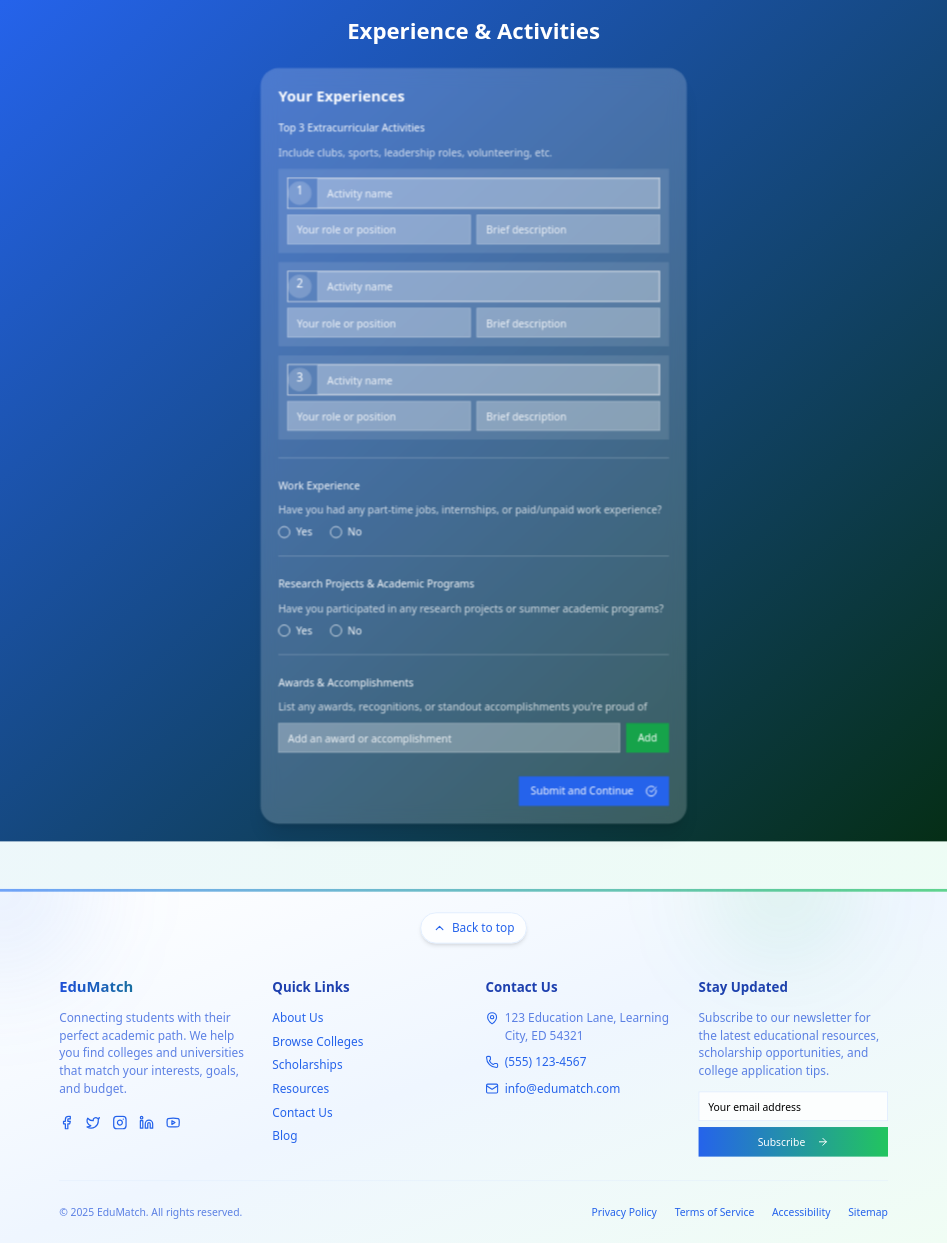
Repository: Kish202/EdTech
Page: /experience-activities
These files come from the project's save history. The page is drawn as it stood at one moment and after the next save; the edit follows.
The browser window is 1280 px wide. The pictures show the whole page, at 74% of full size.
The project was rebuilt for these pictures with package versions that can differ from the ones it lists, and the page was loaded fresh each time. Also part of the build but not shown: vite.config.js, src/components/sections/Navbar.jsx, src/components/registerforms/RegisterForm.jsx, src/components/sections/Hero.jsx, src/components/sections/Steps.jsx, src/components/ui/avatar.jsx, src/components/sections/Testmonials.jsx, src/components/ui/select.jsx and 12 more.

Above is the page before, as saved 2025-04-18 19:02:29.

### src/index.css

@import "slick-carousel/slick/slick.css";
@import "slick-carousel/slick/slick-theme.css";

@tailwind base;
@tailwind components;
@tailwind utilities;

### src/components/registerforms/Form4.jsx
import React, { useState, useEffect } from 'react';
import { Card, CardContent, CardFooter } from '@/components/ui/card';
import { Input } from '@/components/ui/input';
import { Button } from '@/components/ui/button';
import { Label } from '@/components/ui/label';
import { Textarea } from '@/components/ui/textarea';
import { RadioGroup, RadioGroupItem } from '@/components/ui/radio-group';
import { CheckCircle, AlertCircle, Trash2 } from 'lucide-react';
import { Badge } from '@/components/ui/badge';
import { Separator } from '@/components/ui/separator';

export default function ExperienceActivitiesCard() {
  // State for form data
  const [formData, setFormData] = useState({
    activities: [
      { name: '', description: '', role: '' },
      { name: '', description: '', role: '' },
      { name: '', description: '', role: '' }
    ],
    workExperience: {
      hasExperience: '',
      description: ''
    },
    researchExperience: {
      hasExperience: '',
      description: ''
    },
    awards: []
  });

  // State for new award input
  const [newAward, setNewAward] = useState('');

  // State for errors
  const [errors, setErrors] = useState({});

  // Load data from local storage on component mount
  useEffect(() => {
    const savedData = localStorage.getItem('experienceActivitiesData');
    if (savedData) {
      try {
        const parsedData = JSON.parse(savedData);
        setFormData(parsedData);
      } catch (e) {
        console.error("Error parsing saved data:", e);
      }
    }
  }, []);

  // Handle extracurricular activity input changes
  const handleActivityChange = (index, field, value) => {
    const updatedActivities = [...formData.activities];
    updatedActivities[index] = {
      ...updatedActivities[index],
      [field]: value
    };

    setFormData({
      ...formData,
      activities: updatedActivities
    });

    // Clear error when user types
    if (errors.activities) {
      setErrors({ ...errors, activities: '' });
    }
  };

  // Handle work experience radio selection
  const handleWorkExperienceToggle = (value) => {
    setFormData({
      ...formData,
      workExperience: {
        ...formData.workExperience,
        hasExperience: value
      }
    });

    // Clear error when user selects
    if (errors.workExperience) {
      setErrors({ ...errors, workExperience: '' });
    }
  };

  // Handle work experience description
  const handleWorkDescriptionChange = (e) => {
    setFormData({
      ...formData,
      workExperience: {
        ...formData.workExperience,
        description: e.target.value
      }
    });
  };

  // Handle research experience radio selection
  const handleResearchExperienceToggle = (value) => {
    setFormData({
      ...formData,
      researchExperience: {
        ...formData.researchExperience,
        hasExperience: value
      }
    });

    // Clear error when user selects
    if (errors.researchExperience) {
      setErrors({ ...errors, researchExperience: '' });
    }
  };

  // Handle research experience description
  const handleResearchDescriptionChange = (e) => {
    setFormData({
      ...formData,
      researchExperience: {
        ...formData.researchExperience,
        description: e.target.value
      }
    });
  };

  // Handle new award input
  const handleNewAwardChange = (e) => {
    setNewAward(e.target.value);
  };

  // Add a new award
  const addAward = () => {
    if (newAward.trim() !== '') {
      const updatedAwards = [...formData.awards, newAward.trim()];
      setFormData({
        ...formData,
        awards: updatedAwards
      });
      setNewAward('');

      // Clear error when user adds an award
      if (errors.awards) {
        setErrors({ ...errors, awards: '' });
      }
    }
  };

  // Remove an award
  const removeAward = (index) => {
    const updatedAwards = formData.awards.filter((_, i) => i !== index);
    setFormData({
      ...formData,
      awards: updatedAwards
    });
  };

  // Handle Enter key press on new award input
  const handleKeyPress = (e) => {
    if (e.key === 'Enter') {
      e.preventDefault();
      addAward();
    }
  };

  // Validate form
  const validateForm = () => {
    let formErrors = {};
    let isValid = true;

    // Validate at least one activity
    if (!formData.activities[0].name.trim()) {
      formErrors.activities = 'Please enter at least one extracurricular activity';
      isValid = false;
    }

    // Validate work experience selection
    if (!formData.workExperience.hasExperience) {
      formErrors.workExperience = 'Please select yes or no';
      isValid = false;
    }

    // If yes to work experience, validate description
    if (formData.workExperience.hasExperience === 'yes' &&
        !formData.workExperience.description.trim()) {
      formErrors.workExperienceDescription = 'Please provide details about your work experience';
      isValid = false;
    }

    // Validate research experience selection
    if (!formData.researchExperience.hasExperience) {
      formErrors.researchExperience = 'Please select yes or no';
      isValid = false;
    }

    // If yes to research experience, validate description
    if (formData.researchExperience.hasExperience === 'yes' &&
        !formData.researchExperience.description.trim()) {
      formErrors.researchExperienceDescription = 'Please provide details about your research experience';
      isValid = false;
    }

    setErrors(formErrors);
    return isValid;
  };

  // Handle submit button click
  const handleSubmit = () => {
    if (validateForm()) {
      // Store in local storage
      localStorage.setItem('experienceActivitiesData', JSON.stringify(formData));

      // Simulate navigation to next page
      alert("Data saved! Ready to navigate to the next page.");
      // In a real application, you would use something like:
      // navigate('/next-page');
    }
  };

  // Error message component
  const ErrorMessage = ({ error }) => {
    if (!error) return null;

    return (
      <div className="text-red-400 text-sm mt-1 flex items-center">
        <AlertCircle className="h-3 w-3 mr-1" />
        {error}
      </div>
    );
  };

  return (
    <div className="min-h-screen flex flex-col items-center justify-center p-6 bg-gradient-to-br from-blue-600 to-green-950">
      <h1 className="text-3xl font-bold text-white mb-8 text-center">
        Experience & Activities
      </h1>

      <Card className="bg-white/20 backdrop-blur-md shadow-xl border-0 transition-all duration-300 transform max-w-xl w-full rounded-3xl">
        <CardContent className="pt-6">
          <h2 className="text-xl font-semibold mb-4 text-white">Your Experiences</h2>

          <div className="space-y-6">
            {/* Extracurricular Activities */}
            <div className="space-y-3">
              <Label className="text-white font-medium">Top 3 Extracurricular Activities</Label>
              <p className="text-white/80 text-sm">
                Include clubs, sports, leadership roles, volunteering, etc.
              </p>

              {formData.activities.map((activity, index) => (
                <div key={index} className="space-y-2 bg-white/10 p-3 rounded-lg">
                  <div className="flex items-center  border">
                    <div className="flex  mlitems-center justify-center bg-white/20 rounded-full w-8 h-8 mr-2 shrink-0">
                      <span className="text-white font-medium">{index + 1}</span>
                    </div>
                    <Input
                      value={activity.name}
                      onChange={(e) => handleActivityChange(index, 'name', e.target.value)}
                      className="bg-white/30 text-white placeholder:text-white/90 border-white/30"
                      placeholder={`Activity name`}
                    />
                  </div>

                  <div className="grid grid-cols-1 md:grid-cols-2 gap-2">
                    <Input
                      value={activity.role}
                      onChange={(e) => handleActivityChange(index, 'role', e.target.value)}
                      className="bg-white/30 text-white placeholder:text-white/90 border-white/30"
                      placeholder="Your role or position"
                    />
                    <Input
                      value={activity.description}
                      onChange={(e) => handleActivityChange(index, 'description', e.target.value)}
                      className="bg-white/30 text-white placeholder:text-white/90 border-white/30"
                      placeholder="Brief description"
                    />
                  </div>
                </div>
              ))}

              {errors.activities && <ErrorMessage error={errors.activities} />}
            </div>

            <Separator className="bg-white/30" />

            {/* Work Experience */}
            <div className="space-y-3">
              <Label className="text-white font-medium">Work Experience</Label>
              <p className="text-white/80 text-sm">
                Have you had any part-time jobs, internships, or paid/unpaid work experience?
              </p>

              <RadioGroup
                value={formData.workExperience.hasExperience}
                onValueChange={handleWorkExperienceToggle}
                className="flex space-x-4"
              >
                <div className="flex items-center space-x-2">
                  <RadioGroupItem value="yes" id="work-yes" className="border-white text-white" />
                  <Label htmlFor="work-yes" className="text-white">Yes</Label>
                </div>
                <div className="flex items-center space-x-2">
                  <RadioGroupItem value="no" id="work-no" className="border-white text-white" />
                  <Label htmlFor="work-no" className="text-white">No</Label>
                </div>
              </RadioGroup>
              <ErrorMessage error={errors.workExperience} />

              {formData.workExperience.hasExperience === 'yes' && (
                <div className="space-y-2">
                  <Label htmlFor="workDescription" className="text-white/80 text-sm">
                    Please describe your work experience
                  </Label>
                  <Textarea
                    id="workDescription"
                    value={formData.workExperience.description}
                    onChange={handleWorkDescriptionChange}
                    className={`bg-white/30 text-white placeholder:text-white/90 min-h-24 ${
                      errors.workExperienceDescription ? 'border-red-400' : 'border-white/30'
                    }`}
                    placeholder="Describe your roles, responsibilities, and what you learned"
                  />
                  <ErrorMessage error={errors.workExperienceDescription} />
                </div>
              )}
            </div>

            <Separator className="bg-white/30" />

            {/* Research Experience */}
            <div className="space-y-3">
              <Label className="text-white font-medium">Research Projects & Academic Programs</Label>
              <p className="text-white/80 text-sm">
                Have you participated in any research projects or summer academic programs?
              </p>

              <RadioGroup
                value={formData.researchExperience.hasExperience}
                onValueChange={handleResearchExperienceToggle}
                className="flex space-x-4"
              >
                <div className="flex items-center space-x-2">
                  <RadioGroupItem value="yes" id="research-yes" className="border-white text-white" />
                  <Label htmlFor="research-yes" className="text-white">Yes</Label>
                </div>
                <div className="flex items-center space-x-2">
                  <RadioGroupItem value="no" id="research-no" className="border-white text-white" />
                  <Label htmlFor="research-no" className="text-white">No</Label>
                </div>
              </RadioGroup>
              <ErrorMessage error={errors.researchExperience} />

              {formData.researchExperience.hasExperience === 'yes' && (
                <div className="space-y-2">
                  <Label htmlFor="researchDescription" className="text-white/80 text-sm">
                    Please describe your research experience
                  </Label>
                  <Textarea
                    id="researchDescription"
                    value={formData.researchExperience.description}
                    onChange={handleResearchDescriptionChange}
                    className={`bg-white/30 text-white placeholder:text-white/90 min-h-24 ${
                      errors.researchExperienceDescription ? 'border-red-400' : 'border-white/30'
                    }`}
                    placeholder="Describe the research project or program, your role, and what you learned"
                  />
                  <ErrorMessage error={errors.researchExperienceDescription} />
                </div>
              )}
            </div>

            <Separator className="bg-white/30" />

            {/* Awards & Accomplishments */}
            <div className="space-y-3">
              <Label className="text-white font-medium">Awards & Accomplishments</Label>
              <p className="text-white/80 text-sm">
                List any awards, recognitions, or standout accomplishments you're proud of
              </p>

              {/* Awards list */}
              <div className="space-y-2">
                {formData.awards.map((award, index) => (
                  <div key={index} className="flex items-center bg-white/10 p-2 rounded-lg">
                    <div className="flex-1 text-white">{award}</div>
                    <Button
                      variant="ghost"
                      size="sm"
                      onClick={() => removeAward(index)}
                      className="text-white/70 hover:text-white hover:bg-white/20"
                    >
                      <Trash2 className="h-4 w-4" />
                    </Button>
                  </div>
                ))}
              </div>

              {/* New award input */}
              <div className="flex space-x-2">
                <Input
                  value={newAward}
                  onChange={handleNewAwardChange}
                  onKeyPress={handleKeyPress}
                  className="bg-white/30 text-white placeholder:text-white/90 border-white/30 flex-1"
                  placeholder="Add an award or accomplishment"
                />
                <Button
                  onClick={addAward}
                  className="bg-green-600 hover:bg-green-700 text-white"
                >
                  Add
                </Button>
              </div>
            </div>
          </div>
        </CardContent>

        <CardFooter className="flex justify-end pt-2 pb-6">
          <Button
            onClick={handleSubmit}
            className="bg-blue-600 hover:bg-blue-700 text-white"
          >
            Submit and Continue <CheckCircle className="ml-2 h-4 w-4" />
          </Button>
        </CardFooter>
      </Card>
    </div>
  );
}

### src/components/ui/input.jsx
import * as React from "react"

import { cn } from "@/lib/utils"

const Input = React.forwardRef(({ className, type, ...props }, ref) => {
  return (
    <input
      type={type}
      className={cn(
        "flex h-10 w-full rounded-md border border-input bg-background px-3 py-2 text-base ring-offset-background file:border-0 file:bg-transparent file:text-sm file:font-medium file:text-foreground placeholder:text-muted-foreground focus-visible:outline-none focus-visible:ring-2 focus-visible:ring-ring focus-visible:ring-offset-2 disabled:cursor-not-allowed disabled:opacity-50 md:text-sm",
        className
      )}
      ref={ref}
      {...props} />
  );
})
Input.displayName = "Input"

export { Input }

### src/components/ui/radio-group.jsx
import * as React from "react"
import * as RadioGroupPrimitive from "@radix-ui/react-radio-group"
import { Circle } from "lucide-react"

import { cn } from "@/lib/utils"

const RadioGroup = React.forwardRef(({ className, ...props }, ref) => {
  return (<RadioGroupPrimitive.Root className={cn("grid gap-2", className)} {...props} ref={ref} />);
})
RadioGroup.displayName = RadioGroupPrimitive.Root.displayName

const RadioGroupItem = React.forwardRef(({ className, ...props }, ref) => {
  return (
    <RadioGroupPrimitive.Item
      ref={ref}
      className={cn(
        "aspect-square h-4 w-4 rounded-full border border-primary text-primary ring-offset-background focus:outline-none focus-visible:ring-2 focus-visible:ring-ring focus-visible:ring-offset-2 disabled:cursor-not-allowed disabled:opacity-50",
        className
      )}
      {...props}>
      <RadioGroupPrimitive.Indicator className="flex items-center justify-center">
        <Circle className="h-2.5 w-2.5 fill-current text-current" />
      </RadioGroupPrimitive.Indicator>
    </RadioGroupPrimitive.Item>
  );
})
RadioGroupItem.displayName = RadioGroupPrimitive.Item.displayName

export { RadioGroup, RadioGroupItem }

Loaded but not shown: index.html (common file); src/main.jsx (common file); src/App.css (common file); src/lib/utils.js (common file); src/components/ui/label.jsx (common file); src/components/ui/separator.jsx (common file); tailwind.config.js (158 lines, source omitted); src/components/sections/Footer.jsx (229 lines, source omitted); src/App.jsx (53 lines, source omitted); src/components/ui/button.jsx (47 lines, source omitted); src/components/ui/accordion.jsx (41 lines, source omitted); src/components/ui/card.jsx (50 lines, source omitted)

After the next save:
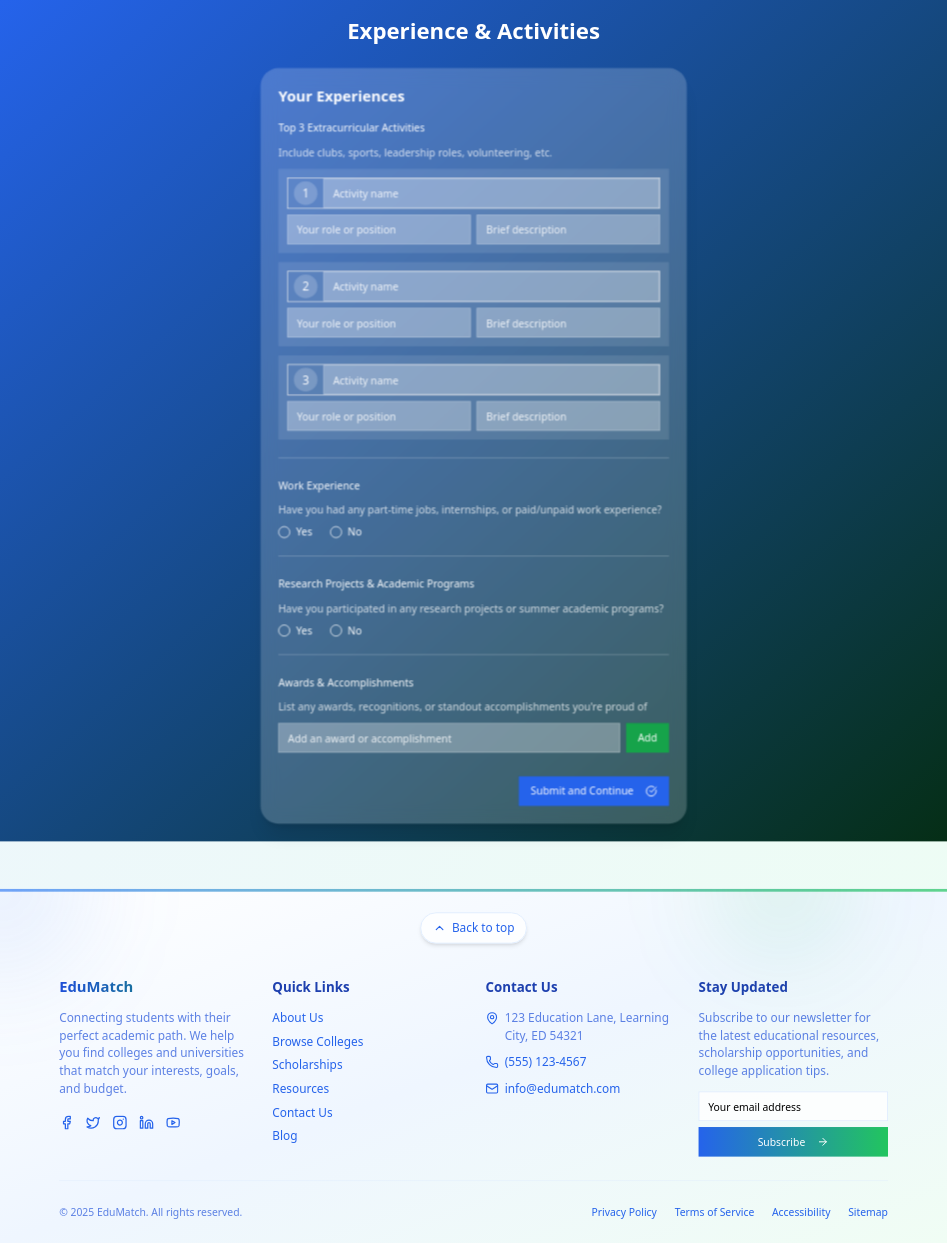
Saved 4 s later.
--- a/src/components/registerforms/Form4.jsx
+++ b/src/components/registerforms/Form4.jsx
@@ -246,7 +246,7 @@
               {formData.activities.map((activity, index) => (
                 <div key={index} className="space-y-2 bg-white/10 p-3 rounded-lg">
                   <div className="flex items-center  border">
-                    <div className="flex  mlitems-center justify-center bg-white/20 rounded-full w-8 h-8 mr-2 shrink-0">
+                    <div className="flex  ml-2 items-center justify-center bg-white/20 rounded-full w-8 h-8 mr-2 shrink-0">
                       <span className="text-white font-medium">{index + 1}</span>
                     </div>
                     <Input

After the 3 saves that followed:
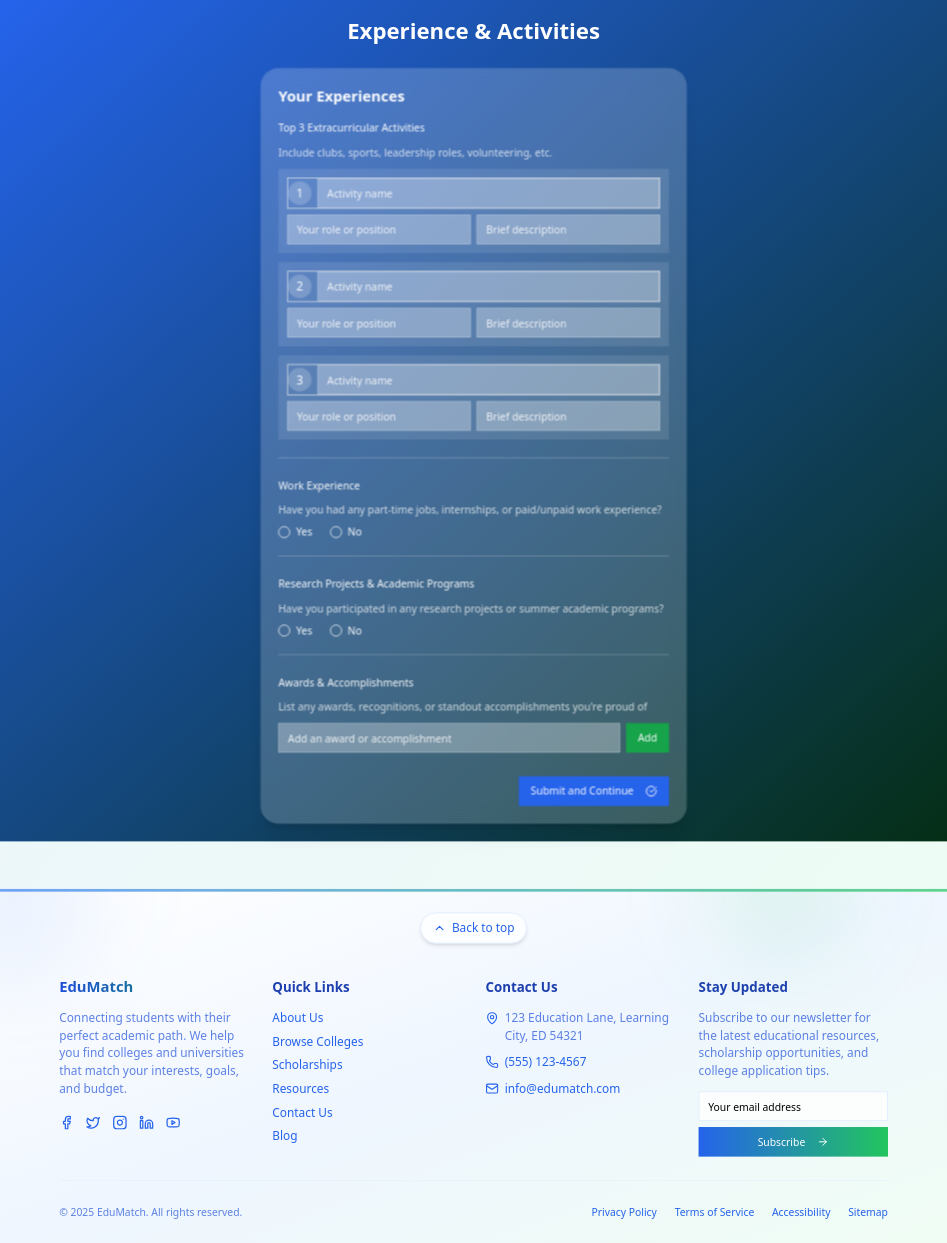
The 3 saves are shown as one change because they came seconds apart.
The last was saved 7 s later.
--- a/src/components/registerforms/Form4.jsx
+++ b/src/components/registerforms/Form4.jsx
@@ -246,7 +246,7 @@
               {formData.activities.map((activity, index) => (
                 <div key={index} className="space-y-2 bg-white/10 p-3 rounded-lg">
                   <div className="flex items-center  border">
-                    <div className="flex  ml-2 items-center justify-center bg-white/20 rounded-full w-8 h-8 mr-2 shrink-0">
+                    <div className="flex  items-center justify-center bg-white/20 rounded-full w-8 h-8 mr-2 shrink-0">
                       <span className="text-white font-medium">{index + 1}</span>
                     </div>
                     <Input
